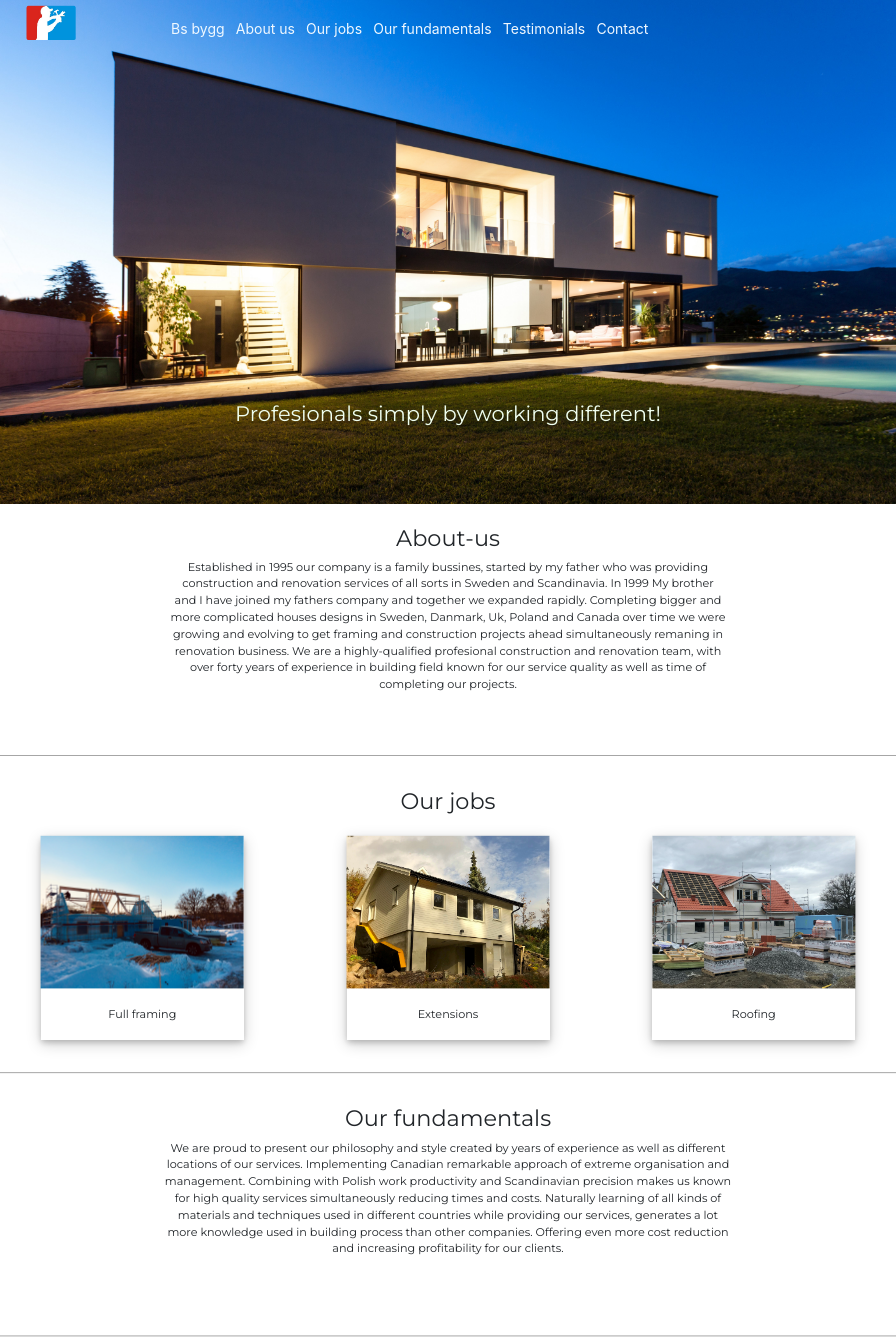
Repository: Bartie1982/milestone-project-1
Page: index.html
The author's editor kept a record of every edit. The page is drawn from the files as they stood at one moment, then again after the next edit.
The browser window is 1280 px wide. The pictures show the part of the page from y = 0 to 1920 px (the page is 2806 px tall), at 70% of full size.
Some web libraries are served in a nearby version.

Above is the page before.

### index.html
<!DOCTYPE html>
<html lang="en">

<head>
    <meta charset="UTF-8">
    <meta name="viewport" content="width=device-width, initial-scale=1.0">
    <meta http-equiv="X-UA-Compatible" content="ie=edge">
    <link rel="stylesheet" href="https://stackpath.bootstrapcdn.com/bootstrap/4.3.1/css/bootstrap.min.css" type="text/css" />
    <link rel="stylesheet" href="https://stackpath.bootstrapcdn.com/font-awesome/4.7.0/css/font-awesome.min.css" type="text/css" />
    <link rel="stylesheet" href="assets/css/style.css" type="text/css" />
    <title>BsBygg</title>
</head>

<body>
    <header>
        <div class="container-fluid h-50 d-inline-block">
            <div class="row">
                   <div class="mt-2 float-sm-left col-lg-2 col-md-3 col-sm-4 col-4">
                        <a href="index.html">
                        <img class="img logo" src="./assets/images/logo1.png" alt="Bs.bygg">
                        </a>
                    </div>
                    <div class="mt-2 col-lg-10 col-md-9 col-sm-8 col-8">
                            <nav class="mt-0 navbar navbar-expand-lg navbar-dark navbar-custom">
                            <a class="navbar-brand float-sm-left" href="index.html">Bs bygg</a>
                             <button class="navbar-toggler" type="button" data-toggle="collapse" data-target="#navbarNav" aria-controls="navbarNav" aria-expanded="false" aria-label="Toggle navigation">
                                    <span class="navbar-toggler-icon"></span>
                            </button>
                                <div class="navbar-brand collapse navbar-collapse" id="navbarNav">
                                    <ul class="navbar-nav">
                                        <li class="nav-item">
                                            <a class="navbar-brand" href="#about-us">About us</a>
                                        </li>
                                        <li class="nav-item">
                                            <a class="navbar-brand" href="#our-jobs">Our jobs</a>
                                        </li>
                                        <li class="nav-item">
                                            <a class="navbar-brand" href="#our-fundamentals">Our fundamentals</a>
                                        </li>
                                        <li class="nav-item">
                                            <a class="navbar-brand" href="#testimonials">Testimonials</a>
                                        </li>
                                        <li class="nav-item">
                                            <a class="navbar-brand" href="#contact">Contact</a>
                                        </li>
                                    </ul>
                                </div>

                        </nav>
                    </div>
        </div>
            </div>
            <div class="container-fluid h-50 d-inline-block">
                <div class="h-75 d-inline-block d-flex justify-content-center quote">
                        <p class="align-self-end ">Profesionals simply by working different!</p>
                </div>
            </div>
    </header>

    <section>
        <div class="d-flex justify-content-center" id="about-us">
            <div class="col-md-8 about-us">
                <h2>About-us</h2>

                <p class="col-md-12 text-space">Established in 1995 our company is a family bussines,
                started by my father who was providing construction and renovation services of all sorts in Sweden and Scandinavia.
                In 1999 My brother and I have joined my fathers company and together we expanded rapidly.
                Completing bigger and more complicated houses designs in Sweden, Danmark, Uk, Poland and Canada over time  we were growing and evolving to get framing and construction projects ahead simultaneously remaning in renovation business.
                We are a highly-qualified profesional construction and renovation team, with over forty years of experience in building field known for our service quality as well as time of completing our projects.
                </p>

            </div>
        </div>

        <div class="row">
            <div class="col-md-12 h-line4">
                <hr>
            </div>
        </div>

    </section>
    <section>
        <div class="row" id="our-jobs">
            <div class="col-md-12 Our-jobs">
                <h2>Our jobs</h2>
                    <div class="row d-flex justify-content-around">
                        <div class="col-sm-12 col-md-12 col-lg-4">
                            <div class="polaroid">
                        <img src="./assets/images/balsta-light.jpg" alt="Full framing" style="width:100%">
                             <div class="container p">
                             <p>Full framing</p>
                             </div>
                       </div>
                        </div>
                        <div class="col-sm-12 col-md-12 col-lg-4">
                            <div class="polaroid">
                        <img src="./assets/images/akersberga-ed.jpg" alt="Extensions" style="width:100%">
                             <div class="container p">
                             <p>Extensions</p>
                             </div>
                       </div>
                        </div>
                        <div class="col-sm-12 col-md-12 col-lg-4">
                            <div class="polaroid">
                        <img src="./assets/images/tak-arbetet-ed.jpg" alt="Roofing" style="width:100%">
                             <div class="container p">
                             <p>Roofing</p>
                         </div>
                        </div>
                    </div>
                </div>
            </div>
        </div>
    </section>
    <section>
        <div class="row">
            <div class="col-md-12 h-line3">
                <hr>
            </div>
        </div>
        <div class="row d-flex justify-content-center" id="our-fundamentals">
            <div class="col-md-8 our-fundamentals">
                <h2>Our fundamentals</h2>

                <p class="col-md-12 text-space">We are proud to present our philosophy and style created by years of experience as well as different locations of our services.
                Implementing  Canadian remarkable approach of extreme organisation and management.
                Combining with Polish work productivity and Scandinavian precision makes us known for high quality services simultaneously reducing times and costs.
                Naturally learning of all kinds of materials and techniques used in different countries while providing our services, generates a lot more knowledge used in building process than other companies. Offering even more
                cost reduction and increasing profitability for our clients.
                </p>
            </div>
        </div>

        <div class="row">
            <div class="col-md-12 h-line4">
                <hr>
            </div>
        </div>
    </section>
    <section>
        <div class="row" id="testimonials">
            <div class="col-md-12 Testimonials">
                <h2>Testimonials</h2>
                    <div class="row people d-flex justify-content-around">
                        <div class="col-sm-12 col-md-4 person">
                            <img class="img-fluid" src="./assets/images/Face 6.jpg" alt="Peter">
                            <p class="text-space"><i>"It's verry professional company with services worth recomending to everyone."</i><br><b>PETER</b></p>
                        </div>
                        <div class="col-sm-12 col-md-4 person">
                            <img class="img-fluid" src="./assets/images/Face 4.jpg" alt="Henrik">
                            <p class="text-space"><i>"Very good prepared and colaborative, I could see right away I have been hired profesionals."</i><br><b>HENRIK</b></p>
                        </div>
                        <div class="col-sm-12 col-md-4 person">
                            <img class="img-fluid" src="./assets/images/Face 7.jpg" alt="Frida">
                            <p class="text-space">"<i>Work was well planed, well orginased and definetly quick and clean."</i><br><b>FRIDA</b></p>
                        </div>
                    </div>
            </div>
                <div class="row">
                    <div class="col-md-12 h-line4">
                        <hr>
                    </div>
                </div>
    </section>
    <footer class="container-fluid" id="contact">
        <div class="row">
                <div class="col-lg-6 col-md-6 col-sm-12 mx-auto">
                    <h4 class="general-sub w-50 mx-auto">Contact</h4>

                        <div class="w-50 mx-auto">
                            <div>
                            <p><b>Email:</b> contact@bsbygg.com</p>
                            </div>
                            <div>
                            <p><b>Mobile:</b> 0704645042 </p>
                            </div>
                            <div>
                            <p><b>Adress:</b> Petersbergsvagen 5 <br>185 34 Vaxholm</p>
                        </div>
                </div>
        </div>
            <div class="col-lg-6 col-md-6 col-sm-12 social mx-auto">
                <h4 class="general-sub w-50 mx-auto">Social</h4>
                <ul class="list-inline social-links w-50 mx-auto">
                <li class="list-inline-item">
                    <a target="_blank" href="https://www.linkedin.com/">
                        <i class="fa fa-linkedin" aria-hidden="true"></i>
                        <span class="sr-only">Linkedin</span>
                    </a>
                </li>

                <li class="list-inline-item">
                    <a target="_blank" href="https://www.facebook.com/">
                        <i class="fa fa-facebook" aria-hidden="true"></i>
                        <span class="sr-only">Facebook</span>
                    </a>

                </li>
                <li class="list-inline-item">
                    <a target="_blank" href="https://www.pinterest.com/">
                        <i class="fa fa-pinterest" aria-hidden="true"></i>
                        <span class="sr-only">Pinterest</span>
                    </a>
                </li>
                <li class="list-inline-item">
                    <a target="_blank" href="https://www.instagram.com/">
                        <i class="fa fa-instagram" aria-hidden="true"></i>
                        <span class="sr-only">Instagram</span>
                    </a>
                </li>

                </ul>
            </div>
        </div>
        <div class="d-flex justify-content-center">
            <p class="">All rights reserved  Bartosz Szkaradzinski 2020</p>
        </div>
    </footer>
    <script src="https://code.jquery.com/jquery-3.2.1.slim.min.js" integrity="sha384-KJ3o2DKtIkvYIK3UENzmM7KCkRr/rE9/Qpg6aAZGJwFDMVNA/GpGFF93hXpG5KkN" crossorigin="anonymous"></script>
<script src="https://cdnjs.cloudflare.com/ajax/libs/popper.js/1.12.9/umd/popper.min.js" integrity="sha384-ApNbgh9B+Y1QKtv3Rn7W3mgPxhU9K/ScQsAP7hUibX39j7fakFPskvXusvfa0b4Q" crossorigin="anonymous"></script>
<script src="https://maxcdn.bootstrapcdn.com/bootstrap/4.0.0/js/bootstrap.min.js" integrity="sha384-JZR6Spejh4U02d8jOt6vLEHfe/JQGiRRSQQxSfFWpi1MquVdAyjUar5+76PVCmYl" crossorigin="anonymous"></script>
</body>

</html>

### assets/css/style.css
@import url('https://fonts.googleapis.com/css?family=Montserrat&display=swap:100,200,300,400,500,600,700|Exo:100,200,300,400,500,600,700');


/*----------------------------------------------Colours*/
.bg-color-name-title {
      color: #000234;
}



/*----------------------------------------------Heading*/

html, body {
    width: 100vw;
    overflow-x: hidden;
    overflow-y: auto;
}

header {
    height: 100vh;
    margin: 0;
    background: url("../images/Villa1.jpg");
    background-repeat: no-repeat;
    background-size: cover;


}

.logo {
    background-repeat: no-repeat;
    background-size: 30px;
    min-height: 20px;
    height: 50px;
    margin-top: inherit;
    margin-left: 20px;
    margin-right: 2px;
    padding-left: 0px;
    padding-right:0px;

}


.navbar {
    margin-right: auto;
    margin-left: auto;
    margin-top: 25px;

}

.navbar-dark {
    font-size: 22px;
    font-weight: 400;
}

.custom-toggler.navbar-toggler {
    border-color: #ADD8E6;
}

.navbar-custom .navbar-brand,
.navbar-custom .navbar-text {
    color: #F0F8FF;
}

.quote {
    color: #F0FFF0;
    font-family: "Exo", Montserrat;
    font-weight: 100;
    font-size: 30px;
    text-align: center;


}


/*----------------------------------------------About us*/

.about-us {

    font-family: "Exo", Montserrat;
    margin-top: 30px;
    text-align: center;
    min-height: 300px;

}

/*----------------------------------------------Our fundamentals*/



.our-fundamentals {
    font-family: "Exo", Montserrat;
    margin-top: 30px;
    text-align: center;
    min-height: 300px;
}




/*----------------------------------------------Our jobs*/

.polaroid {
  width: 290px;
  box-shadow: 0 4px 8px 0 rgba(0, 0, 0, 0.2), 0 6px 20px 0 rgba(0, 0, 0, 0.19);
  text-align: center;
  margin: 30px auto 30px auto;

}

.Our-jobs {
    font-family: "Exo", Montserrat;
    margin-top: 30px;
    text-align: center;
    min-height: 300px;

}


/*----------------------------------------------Testimonials*/

.container p {
  padding: 25px;
}
.people {
    margin-top:20px;
    margin-bottom: 40px;
}
.person {

    height: inherit;
    margin-bottom: 30px;
}
.person img {
    width: 50%;
    margin-left: auto;
    margin-right: auto;
}
.person p {
    padding-left: 30px;
    padding-right: 30px;
}


.name {
    font-family: "Exo", Montserrat;
    background-position: center;
    margin-top: 50px;
    font-weight: 100;
    min-height: 100px;
    font-size: 46px;
    color: #fff;

}

.Testimonials {
    font-family: "Exo", Montserrat;
    margin-top: 30px;
    text-align: center;
    min-height: 300px;

}

/*----------------------------------------------Spacers/lines/margins/paddings/text */

h1,
h2,
h3,
h4 {
       margin: 0;
}

hr {
    background-color: grey;
    height: 1px;
    border: 0; }

.h-line3 {
    margin-top: 0;

}

.h-line4 {
    margin-top: 1%;
}

.text-space {
    margin-top: 10px;
    margin-bottom: 10px;
}

.general-sub {
    margin-top: 20px;
    margin-bottom: 10px;
    color: #fafafa;
    font-family: "Exo", Montserrat;
    font-weight: 300;

}

.inline-block {
    display: inline-block;

}

/*----------------------------------------------Footer*/

footer {
    background-color: #525252;
    color: #fafafa;
    min-height: 240px;
}

.contact {
    margin-left: auto;
    margin-right: auto;

}

.quote-pdf i {
    font-size: 20px;
    color: #fafafa;
    text-align: center;
    padding-left: 8px;
    transition: all 0.45s ease-in;
    -moz-transition: all 0.45s ease-in;
    -webkit-transition: all 0.45s ease-in;
    -o-transition: all 0.45s ease-in;
}

.quote-pdf i:hover {
    color: #40A8AF;

}
.social {
     margin-right: auto;
     margin-left: auto;
}

.social-links li a i {
    width: 30px;
    height:30px;
    padding: 15px;
    border-radius: 15%;
    font-size: 15px;
    line-height: 10px;
    text-align: center;
    color: #fafafa;
    background: #8f8f8f;
    transition: all 0.35s ease-in;
    -moz-transition: all 0.35s ease-in;
    -webkit-transition: all 0.35s ease-in;
    -o-transition: all 0.35s ease-in;
}

.social-links li a i:hover {
    background: #40A8AF;
}

After the next edit:
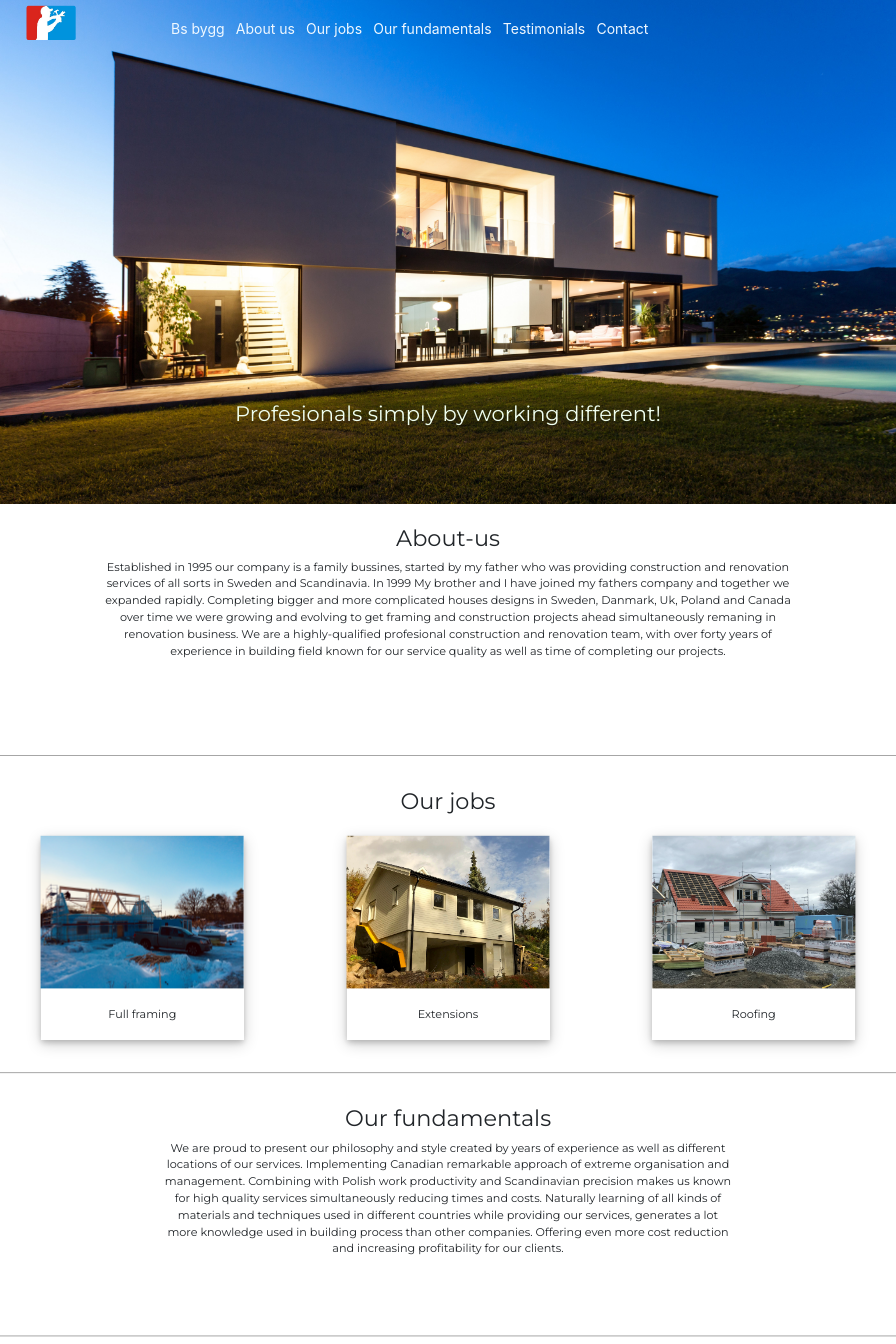
The edit:
--- a/index.html
+++ b/index.html
@@ -59,7 +59,7 @@
 
     <section>
         <div class="d-flex justify-content-center" id="about-us">
-            <div class="col-md-8 about-us">
+            <div class="col-md-10 about-us">
                 <h2>About-us</h2>
 
                 <p class="col-md-12 text-space">Established in 1995 our company is a family bussines,
